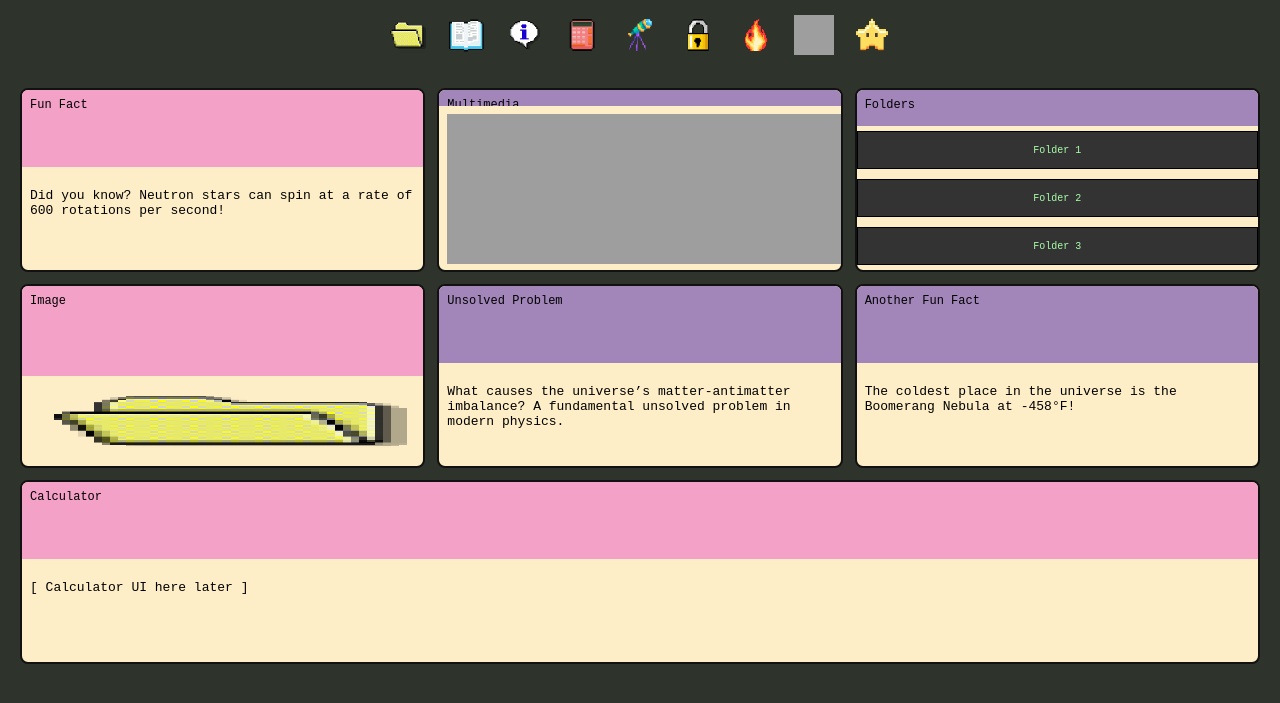
Repository: scarfer14/CCPHYS2L_Project
Page: /dashboard
The author's editor kept a copy of each file at every save. The page is drawn from the files as they stood at one save, then again after the next save.
The browser window is 1280 px wide. The pictures show the whole page.
Pictures or frames that could not be fetched are drawn as grey boxes. The project was rebuilt for these pictures with package versions that can differ from the ones it lists, and the page was loaded fresh each time. Also part of the build but not shown: vite.config.js, src/astartsc/start.jsx.

Above is the page before, as saved 2025-05-28 23:53:04.

After the next save:
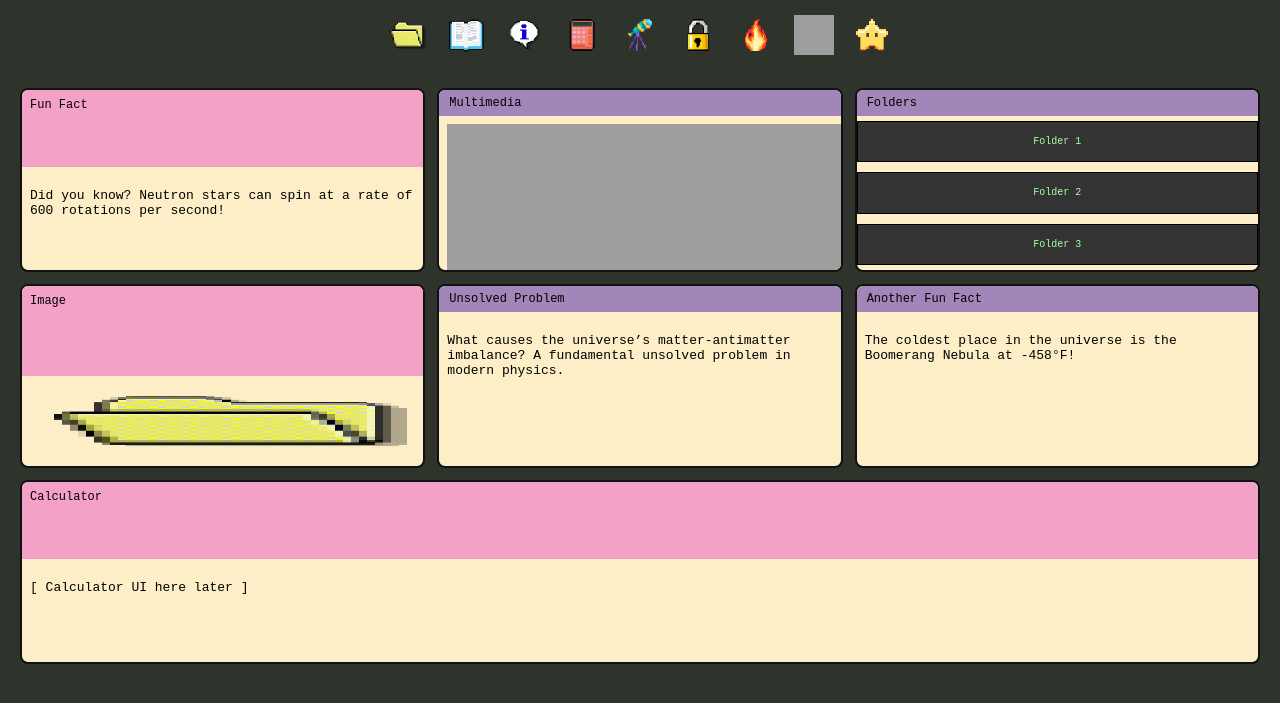
Saved 11 s later.
--- a/src/bdashsc/dashbody.css
+++ b/src/bdashsc/dashbody.css
@@ -45,11 +45,6 @@
   overflow: auto;
 }
 
-.tab > *:not(.tab-header) {
-  flex: 1;
-  padding: 8px;
-  overflow: auto;
-}
 
 /* Tab-specific styles */
 .multimedia iframe {
